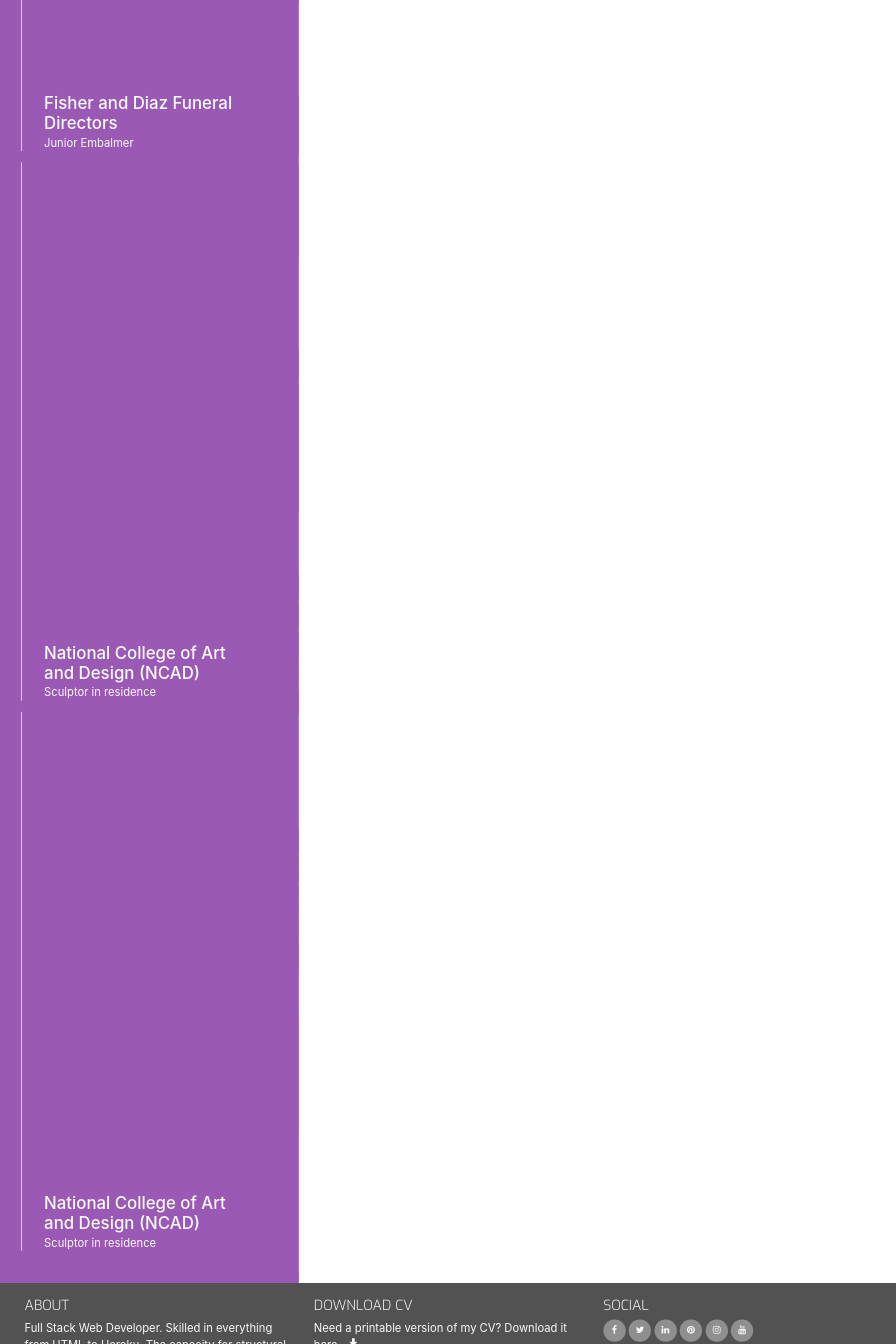
Repository: armedcor/resume-project
Page: resume.html
The author's editor kept a record of every edit. The page is drawn from the files as they stood at one moment, then again after the next edit.
The browser window is 1280 px wide. The pictures show the part of the page from y = 1817 to 3737 px (the page is 3810 px tall), at 70% of full size.

Above is the page before.

After the next edit:
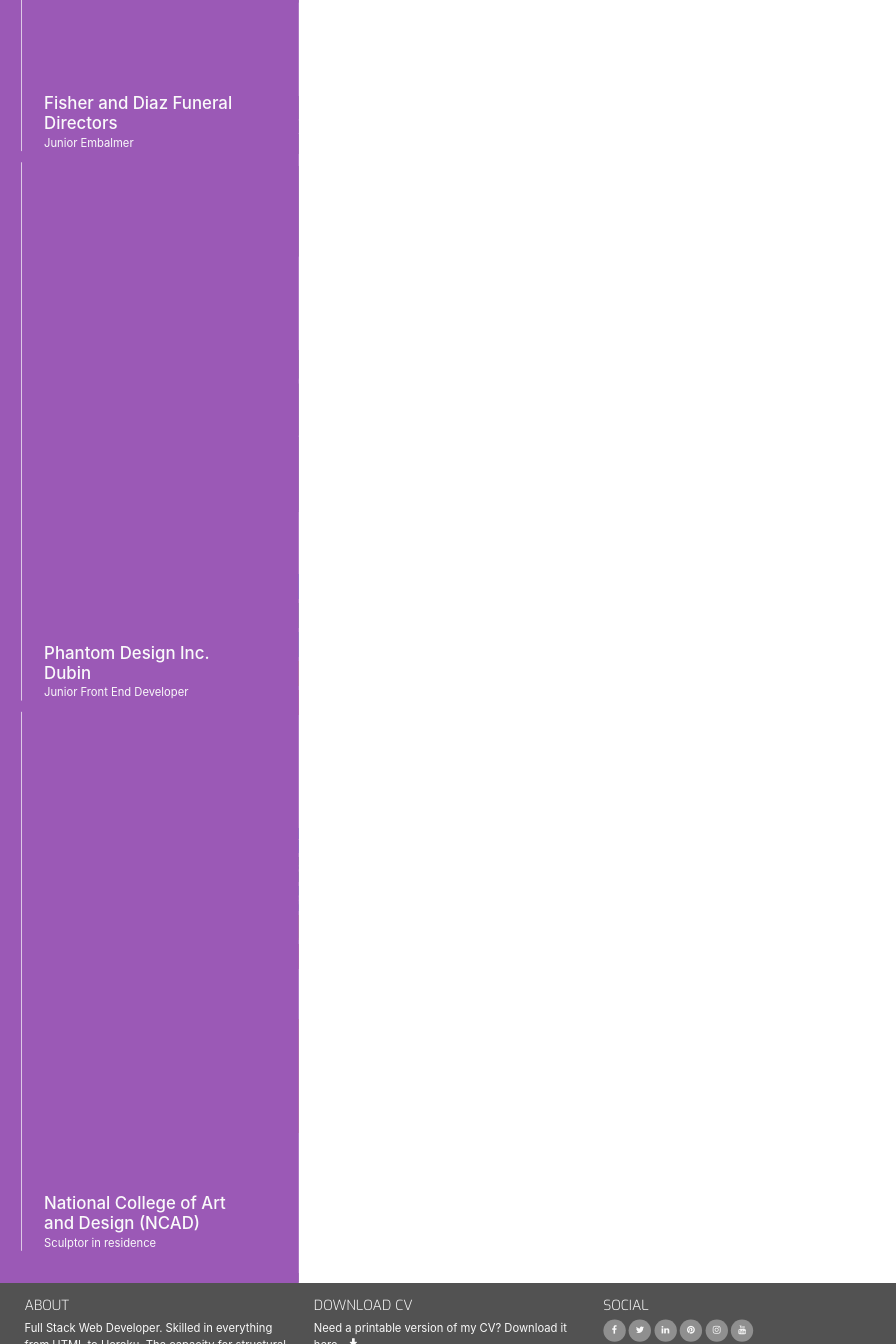
The edit:
--- a/resume.html
+++ b/resume.html
@@ -63,9 +63,9 @@
                         <h4>Fisher and Diaz Funeral Directors</h4>
                         <p>Junior Embalmer</p>
                     </div>
-                    <div class="timeline-item" data-dates="02/1998 - 04/2004">
-                        <h4>National College of Art and Design (NCAD)</h4>
-                        <p>Sculptor in residence</p>
+                    <div class="timeline-item" data-dates="06/2008 - 06/2011">
+                        <h4>Phantom Design Inc. Dubin</h4>
+                        <p>Junior Front End Developer</p>
                     </div>
                     <div class="timeline-item" data-dates="02/1998 - 04/2004">
                         <h4>National College of Art and Design (NCAD)</h4>
